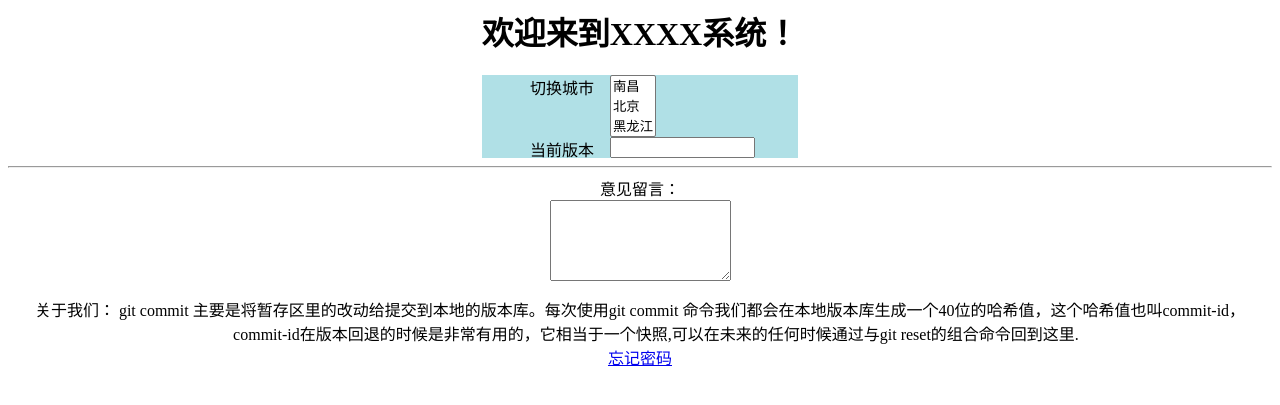
Repository: never-404/Intelligent-recommendation-system
Page: http://localhost/Intelligent-recommendation-system/mine.jsp
The author's editor kept a copy of each file at every save. The page is drawn from the files as they stood at one save, then again after the next save.
The browser window is 1280 px wide. The pictures show the whole page.
The page is served by Tomcat 9. Nobody is signed in. The application's start-up code is not run. Other server files are loaded and not shown.

Above is the page before, as saved 2019-04-12 09:59:23.

### Intelligent-recommendation-system/WebRoot/mine.jsp
<%@ page language="java" contentType= "text/html;charset=gb2312" %>
<html>

	<head>
		<title>登录页面</title>
	    <meta charset="utf-8">

		<style type="text/css">
		.title
		{
			margin:auto;
			width:25%;
			background-color:#b0e0e6;
		}
		.table
		{
			margin:auto;
			width:25%;
			background-color:#b0e0e6;
		}
		lable { float: left; width: 7em; margin-right:1em; text-align: right; }
		h1	  {text-align: center}

        .a{
            text-align:center;
            vertical-align:middle;
        }
        img{max-width: 100%; height:auto;}

</style>
	</head>

	<body>

	<h1>欢迎来到XXXX系统！</h1>
    <div class="table">
    	<lable>切换城市</lable>
    	<select size="3">
    		<option>南昌</option>
    		<option>北京</option>
    		<option>黑龙江</option>
    	</select>
        <br>
        <lable>当前版本</lable><input type="password" name="passport" size="15" maxlength="10">
        <br>
    </div>
    <HR>
    <div class="a">
	<form>
		意见留言：<br>
		<textarea rows="5" cols="20"></textarea><br>
	</form>
	关于我们： git commit 主要是将暂存区里的改动给提交到本地的版本库。每次使用git commit 命令我们都会在本地版本库生成一个40位的哈希值，这个哈希值也叫commit-id，
　　commit-id在版本回退的时候是非常有用的，它相当于一个快照,可以在未来的任何时候通过与git reset的组合命令回到这里.
        <br>
            <a href="forget_pswd.jsp"> 忘记密码</a>
            <!--忘记密码跳转的网址-->
	</div>

	</body>


</html>

After the next save:
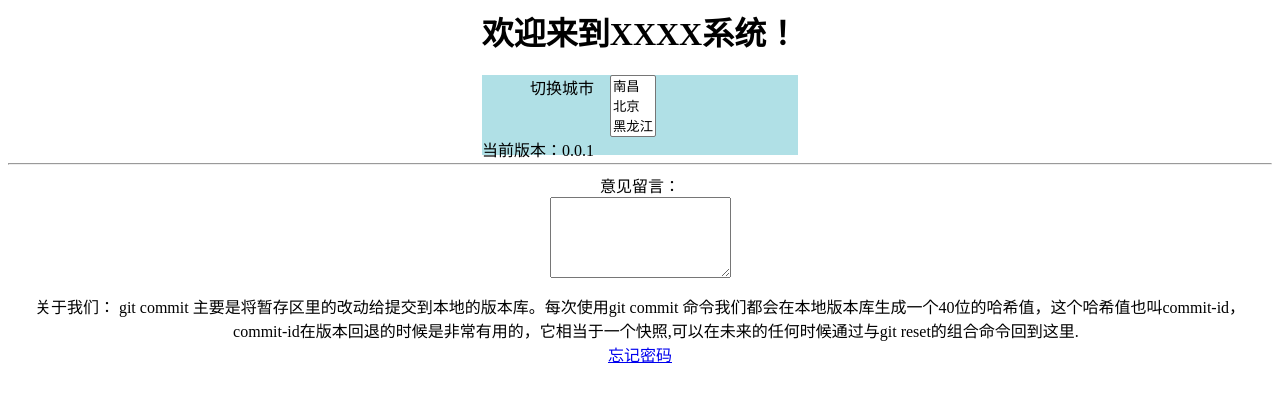
Saved 87 s later.
--- a/Intelligent-recommendation-system/WebRoot/mine.jsp
+++ b/Intelligent-recommendation-system/WebRoot/mine.jsp
@@ -41,7 +41,7 @@
     		<option>黑龙江</option>
     	</select>
         <br>
-        <lable>当前版本</lable><input type="password" name="passport" size="15" maxlength="10">
+        <lable>当前版本：0.0.1</lable>
         <br>
     </div>
     <HR>
